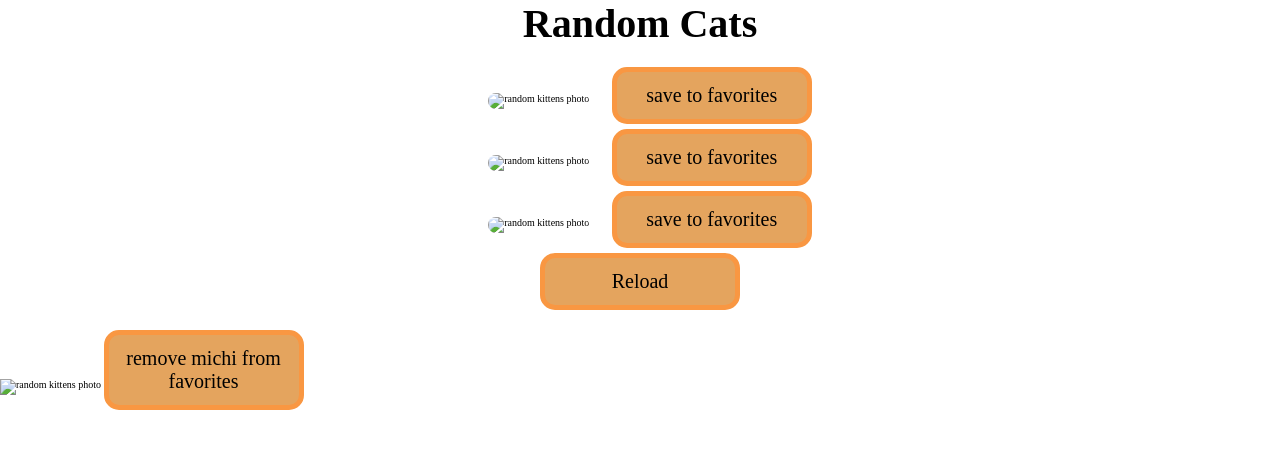
Repository: elto82/ConsumoAPIRESTjs
Page: index.html
The author's editor kept a copy of each file at every save. The page is drawn from the files as they stood at one save, then again after the next save.
The browser window is 1280 px wide. The pictures show the whole page.
The page's requests for data from a server got no answer.

Above is the page before, as saved 2022-07-02 20:09:02.

After the next save:
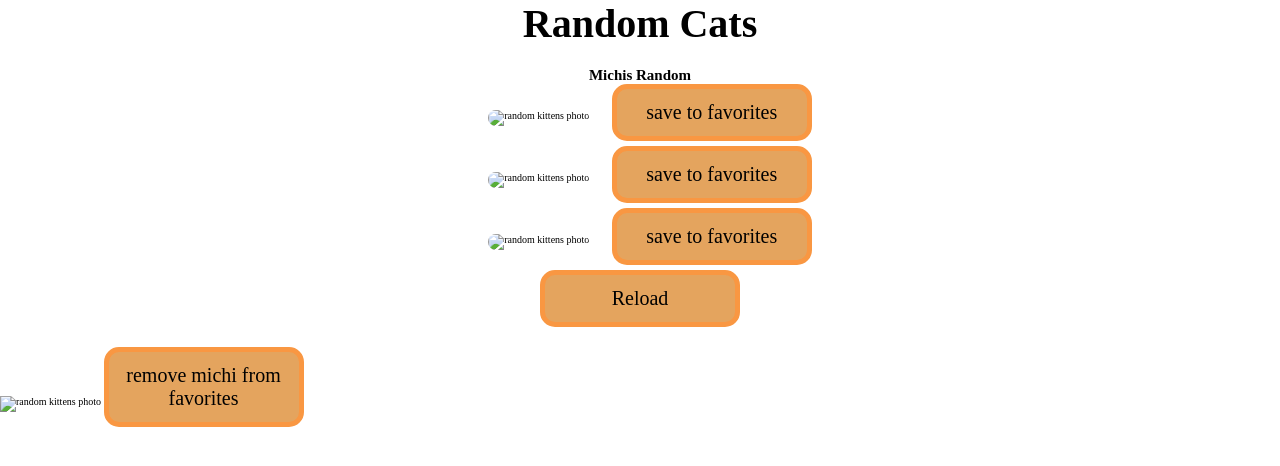
Saved 2 min 17 s later.
--- a/index.html
+++ b/index.html
@@ -14,6 +14,7 @@
     <h1>Random Cats</h1>
   </header>
   <section id="randomMichis" class="container">
+    <h2>Michis Random</h2>
     <article>
       <img id="img1" alt="random kittens photo" class="image">
       <button class="random-cat-button" onclick="reload()">save to favorites</button>
